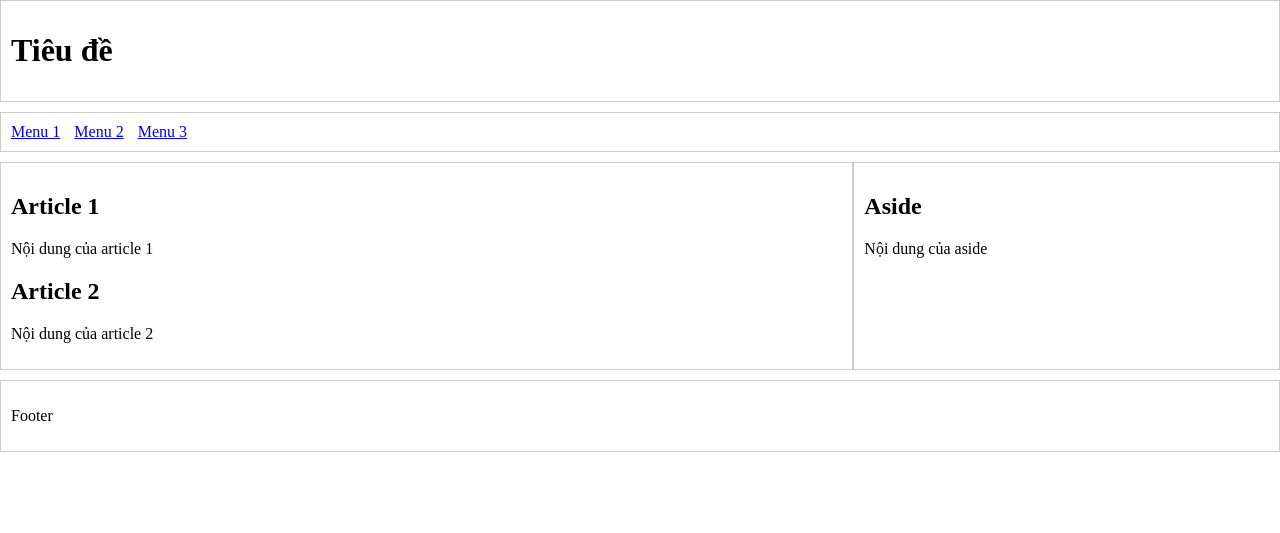
Repository: G1tHub-zer0/BTTH
Page: BTCSS/bai21.html
An editor plug-in stored every save of this project. The page is shown before and after the next save, followed by the edit.
The browser window is 1280 px wide. The pictures show the whole page.

Above is the page before, as saved 2024-03-22 20:30:00.

### BTCSS/bai21.html
<!DOCTYPE html>
<html lang='en'>

<head>
    <meta charset='UTF-8'>
    <meta http-equiv='X-UA-Compatible' content='IE=edge'>
    <meta name='viewport' content='width=device-width, initial-scale=1.0'>
    <link rel='stylesheet' href='bai21.css'>
    <title></title>
</head>

<body>
    <!-- Layout 1, 2, 3 -->
    <!-- <header>
        <h1>Title</h1>
    </header>
    <nav>
        <a href="#">Menu 1</a>
        <a href="#">Menu 2</a>
        <a href="#">Menu 3</a>
    </nav>
    <div class="container">
        <div class="sidebar">
            <h2>Nav</h2>
            <ul>
                <li><a href="#">Link 1</a></li>
                <li><a href="#">Link 2</a></li>
                <li><a href="#">Link 3</a></li>
            </ul>
        </div>
        <div class="content">
            <h2>Content</h2>
            <p>Lorem ipsum dolor sit amet, consectetur adipiscing elit. Sed sit amet lectus et justo eleifend ultricies.
            </p>
        </div>
        <section>
            <p>Section</p>
        </section>
    </div>
    <footer>
        <p>Footer</p>
    </footer> -->

    <!-- Layout 4, 5, 6 -->
    <header>
        <h1>Tiêu đề</h1>
    </header>
    <nav>
        <ul>
            <li><a href="#">Menu 1</a></li>
            <li><a href="#">Menu 2</a></li>
            <li><a href="#">Menu 3</a></li>
        </ul>
    </nav>
    <div class="container">
        <section class="main">
            <article>
                <h2>Article 1</h2>
                <p>Nội dung của article 1</p>
            </article>
            <article>
                <h2>Article 2</h2>
                <p>Nội dung của article 2</p>
            </article>
        </section>
        <aside>
            <h2>Aside</h2>
            <p>Nội dung của aside</p>
        </aside>
    </div>
    <footer>
        <p>Footer</p>
    </footer>

</body>

</html>

### BTCSS/bai21.css
body {
  margin: 0;
  padding: 0;
  box-sizing: border-box;
}
/* Layout 1, 2, 3 */
/* header,
nav,
section,
footer {
  padding: 20px;
  background-color: #333;
  color: #fff;
  text-align: center;
}

nav {
  display: flex;
  justify-content: space-between;
}
ul {
  list-style-type: none;
}

a {
  color: #fff;
  text-decoration: none;
  margin-right: 20px;
  color: blue;
}

nav a:hover {
  color: #ccc;
}
header {
  background-color: antiquewhite;
}
section {
  background-color: chartreuse;
}
footer {
  background-color: blue;
}

.container {
  display: grid;
  grid-template-columns: 1fr 3fr 1fr;
}

.content {
  flex: 2;
  background-color: #f0f0f0;
  padding: 20px;
}

.sidebar {
  flex: 1;
  background-color: #ccc;
  padding: 20px;
} */

/* Layout 4, 5, 6 */
header,
nav,
section,
aside,
footer {
  padding: 10px;
  border: 1px solid #ccc;
  margin-bottom: 10px;
}

nav ul {
  list-style-type: none;
  padding: 0;
  margin: 0;
}

nav ul li {
  display: inline;
  margin-right: 10px;
}

.container {
  display: grid;
  grid-template-columns: 2fr 1fr;
}

After the next save:
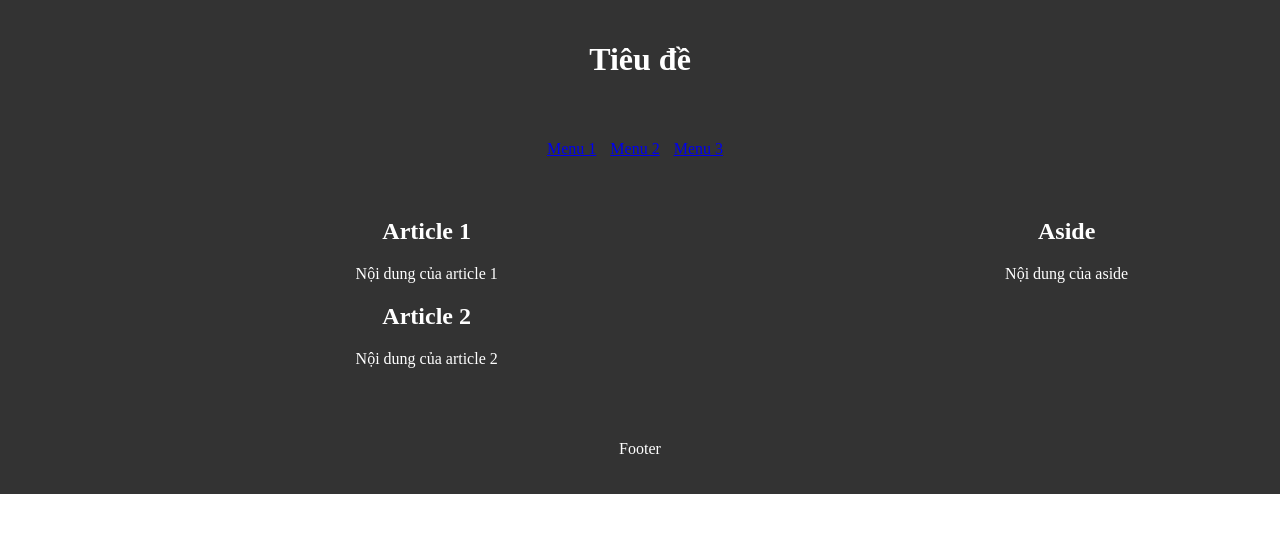
Saved 20 s later.
--- a/BTCSS/bai21.css
+++ b/BTCSS/bai21.css
@@ -65,9 +65,10 @@ nav,
 section,
 aside,
 footer {
-  padding: 10px;
-  border: 1px solid #ccc;
-  margin-bottom: 10px;
+  padding: 20px;
+  background-color: #333;
+  color: #fff;
+  text-align: center;
 }
 
 nav ul {
